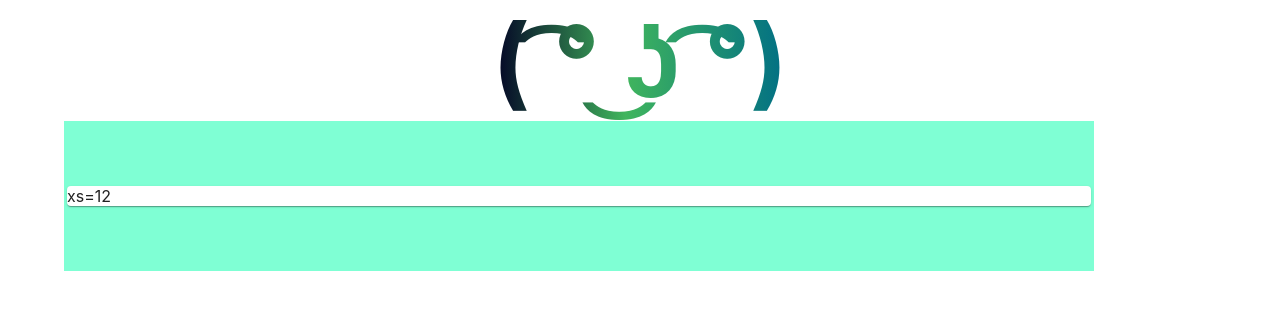
Repository: ogigg/react-Lenny-generator
Page: / (app in lenny-generator/)
These files come from the project's save history. The page is drawn as it stood at one moment and after the next save; the edit follows.
The browser window is 1280 px wide. The pictures show the whole page.
The project was rebuilt for these pictures with package versions that can differ from the ones it lists, and the page was loaded fresh each time.

Above is the page before, as saved 2019-12-12 15:56:34.

After the next save:
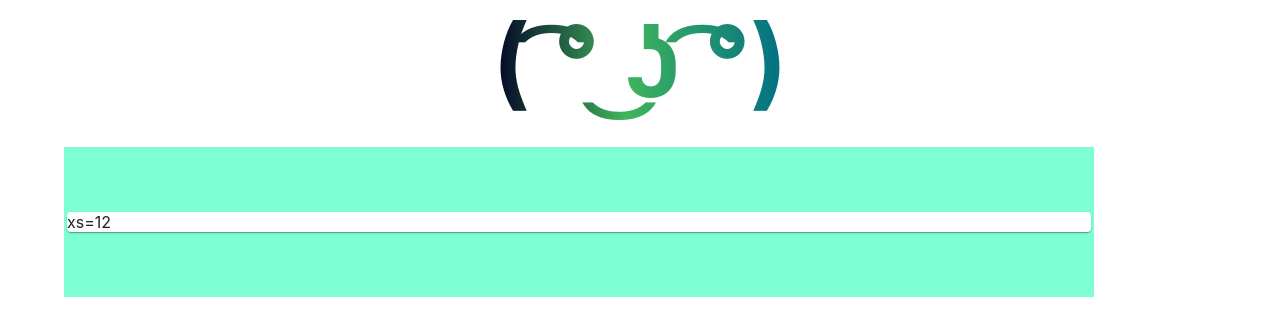
Saved 9 s later.
--- a/lenny-generator/src/App.css
+++ b/lenny-generator/src/App.css
@@ -6,6 +6,6 @@
   display: flex;
   align-items: center;
   justify-content: center;
-  margin: 0 0 5% 5%;
+  margin: 2% 0 5% 5%;
   padding: 3px;
 }
